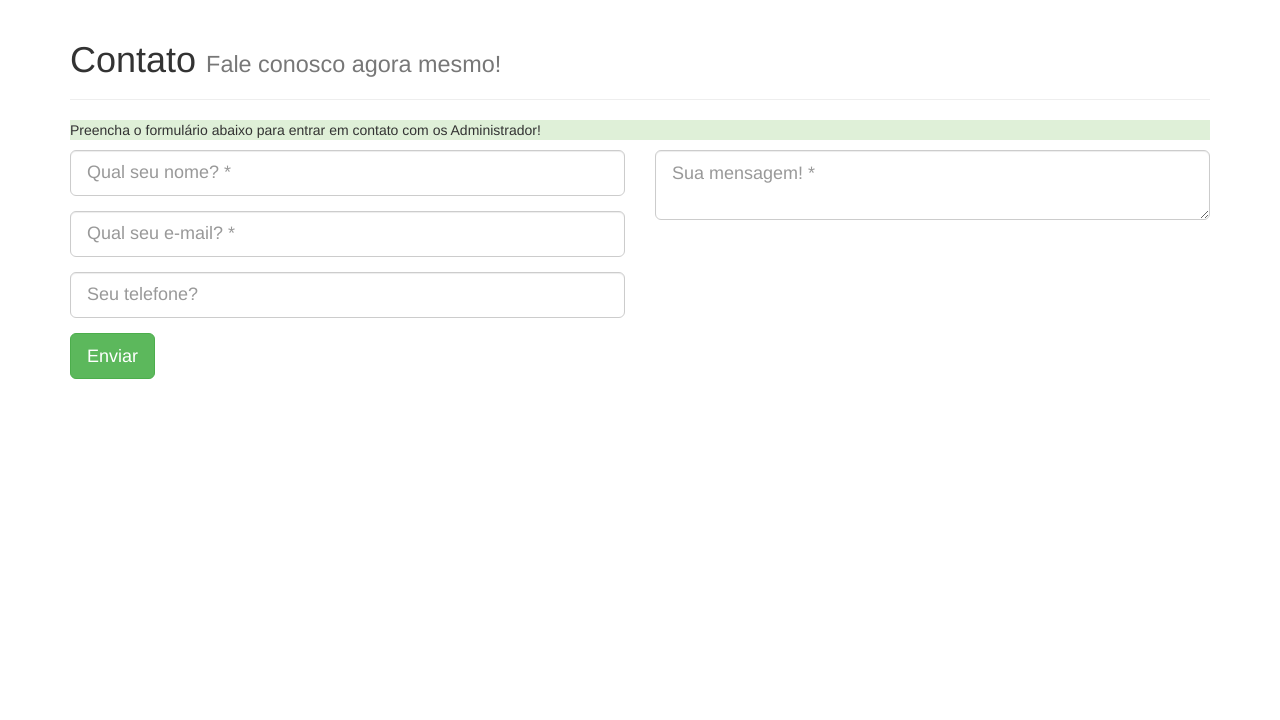
Repository: stefanyco/biblioteca
Page: http://localhost/Biblioteca/contato.jsp
These files come from the project's save history. The page is drawn as it stood at one moment and after the next save; the edit follows.
The browser window is 1280 px wide. The pictures show the whole page.
The page is served by Tomcat 9. Other server files are loaded and not shown.

Above is the page before, as saved 2016-11-06 22:35:52.

### Sistema Biblioteca/Biblioteca/WebContent/contato.jsp
<%@ page language="java" contentType="text/html; charset=ISO-8859-1"
	pageEncoding="ISO-8859-1"%>

<!DOCTYPE html PUBLIC "-//W3C//DTD HTML 4.01 Transitional//EN" "http://www.w3.org/TR/html4/loose.dtd">
<html>
<head>
	<meta content="width=device-width, initial-scale=1.0">
	<meta http-equiv="Content-Type" content="text/html; charset=ISO-8859-1">
	<link href="bootstrap.min.css" rel="stylesheet">
	<title>Contato</title>
</head>
<body>


	<div class="container">
            <div class="row">
                <div class="col-xs-12">
                    <div class="page-header"><h1>Contato <small>Fale conosco agora mesmo!</small></h1></div>
                </div>
            </div>

            <div class="row contato">
                <div class="col-xs-12">
                    <p class="bg-success aviso">Preencha o formulário abaixo para entrar em contato com os Administrador!</p>
                </div>
            </div>

            <div class="row contato">
                <div class="col-xs-12">

                    <form name="frmContato" id="formContato">
                        <div class="row">
                            <div class="col-md-6">

                                <div class="form-group">
                                    <input type="text" class="form-control input-lg" placeholder="Qual seu nome? *" required />
                                </div>

                                <div class="form-group">
                                    <input type="email" class="form-control input-lg" placeholder="Qual seu e-mail? *" required />
                                </div>

                                <div class="form-group">
                                    <input type="tel" class="form-control input-lg" placeholder="Seu telefone?" />
                                </div>

                            </div>
                            <div class="col-md-6">
                                <textarea class="form-control input-lg" placeholder="Sua mensagem! *" required></textarea>
                            </div>
                        </div>
                        <div class="row">
                            <div class="col-sm-6">
                                <button type="submit" class="btn btn-success btn-lg">Enviar</button>
                            </div>
                        </div>
                    </form>

                </div>
            </div>
        </div>
      </section>
</body>
</html>

Loaded but not shown: Sistema Biblioteca/Biblioteca/WebContent/bootstrap.min.css (library)

After the next save:
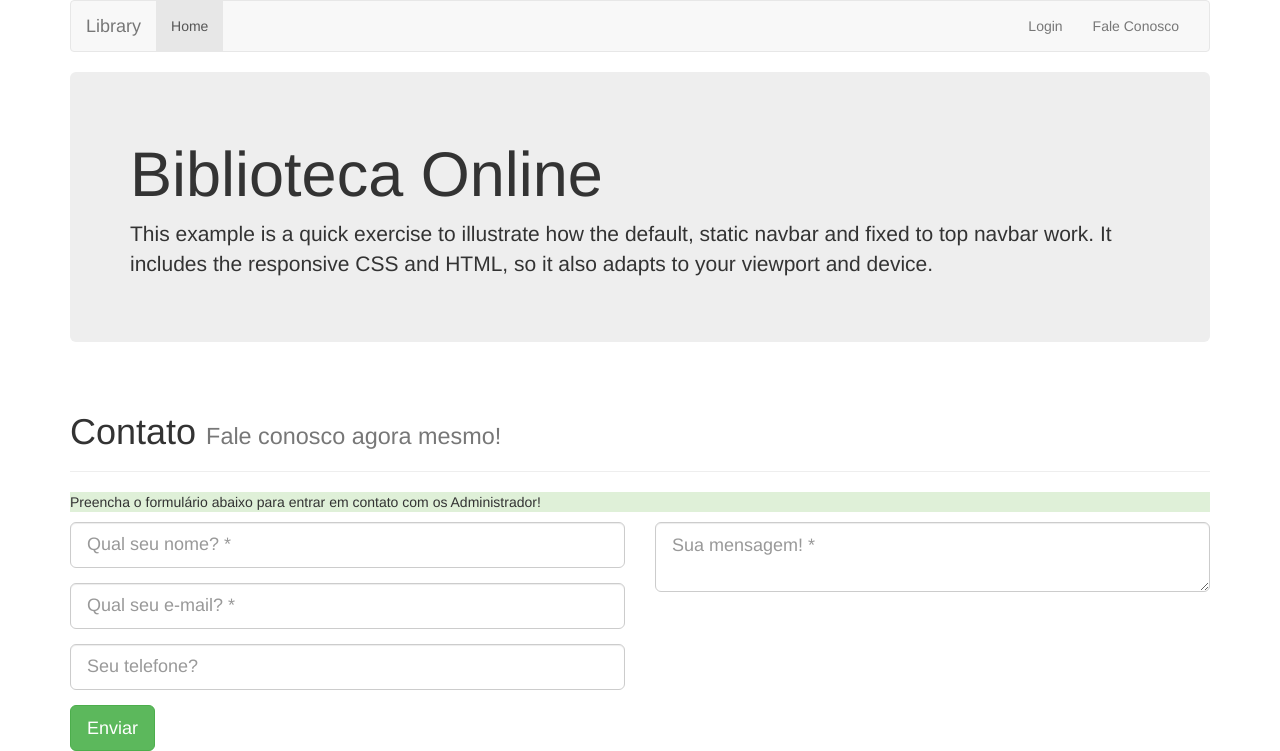
Saved 97 s later.
--- a/Sistema Biblioteca/Biblioteca/WebContent/contato.jsp
+++ b/Sistema Biblioteca/Biblioteca/WebContent/contato.jsp
@@ -12,6 +12,38 @@
 <body>
 
 
+	<div class="container">
+
+		<!-- Static navbar -->
+		<nav class="navbar navbar-default">
+		<div class="container-fluid">
+			<div class="navbar-header">
+				<a class="navbar-brand" href="#">Library</a>
+			</div>
+			<div id="navbar" class="navbar-collapse collapse">
+				<ul class="nav navbar-nav">
+					<li class="active"><a href="#">Home</a></li>
+				</ul>
+				<ul class="nav navbar-nav navbar-right">
+					<li><a href="../navbar-static-top/">Login</a></li>
+					<li><a href="contato.jsp">Fale Conosco</a></li>
+				</ul>
+			</div>
+			<!--/.nav-collapse -->
+		</div>
+		<!--/.container-fluid --> </nav>
+
+		<!-- Main component for a primary marketing message or call to action -->
+		<div class="jumbotron">
+			<h1>Biblioteca Online</h1>
+			<p>This example is a quick exercise to illustrate how the
+				default, static navbar and fixed to top navbar work. It includes the
+				responsive CSS and HTML, so it also adapts to your viewport and
+				device.</p>
+		</div>
+
+	</div>
+	<!-- /container -->
 	<div class="container">
             <div class="row">
                 <div class="col-xs-12">
